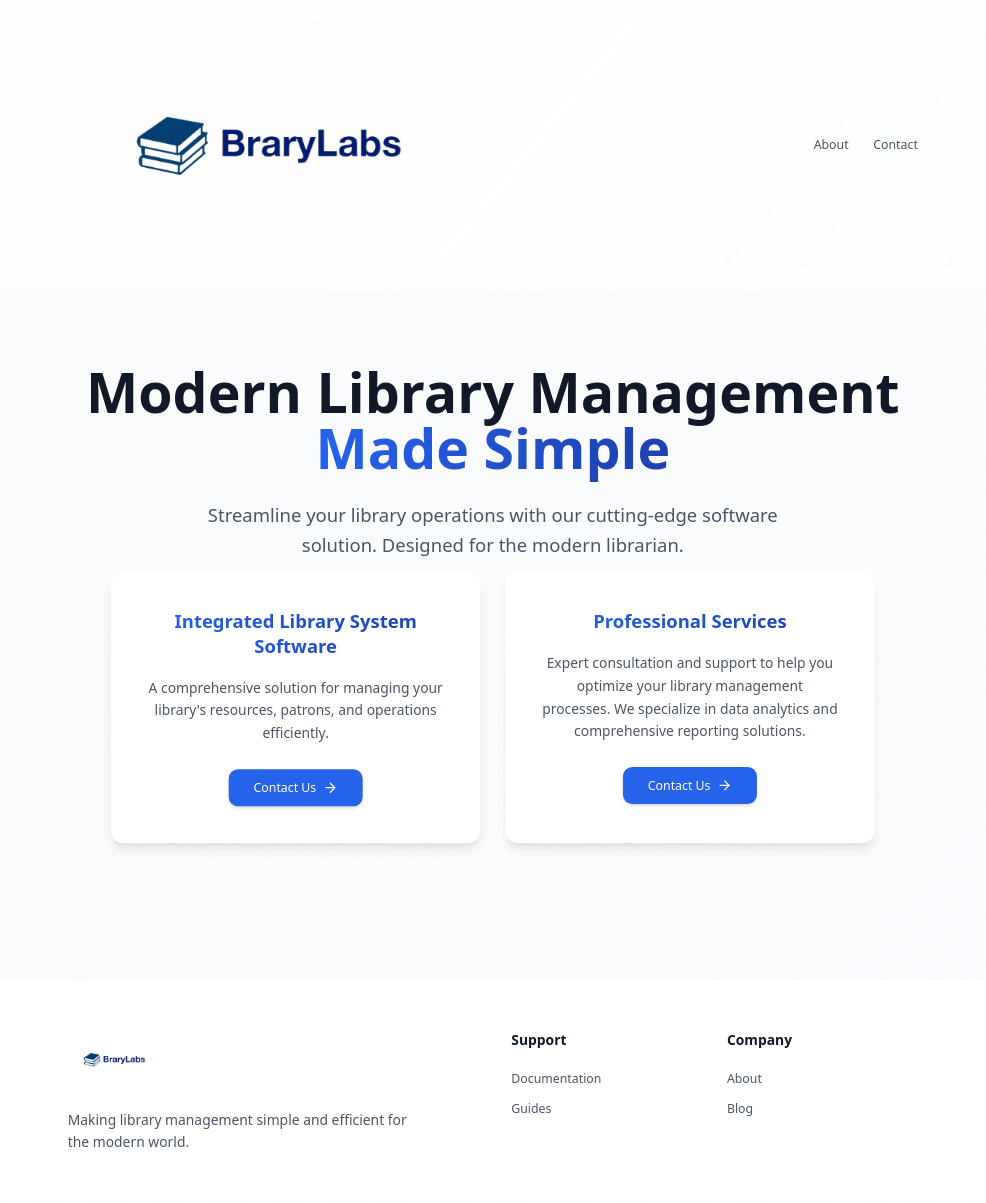
Repository: bgroble14/brarylabs-website
Page: /
The author's editor kept a copy of each file at every save. The page is drawn from the files as they stood at one save, then again after the next save.
The browser window is 1280 px wide. The pictures show the whole page, at 77% of full size.
The project was rebuilt for these pictures with package versions that can differ from the ones it lists, and the page was loaded fresh each time. Also part of the build but not shown: vite.config.ts.

Above is the page before, as saved 2025-01-16 17:23:09.

After the next save:
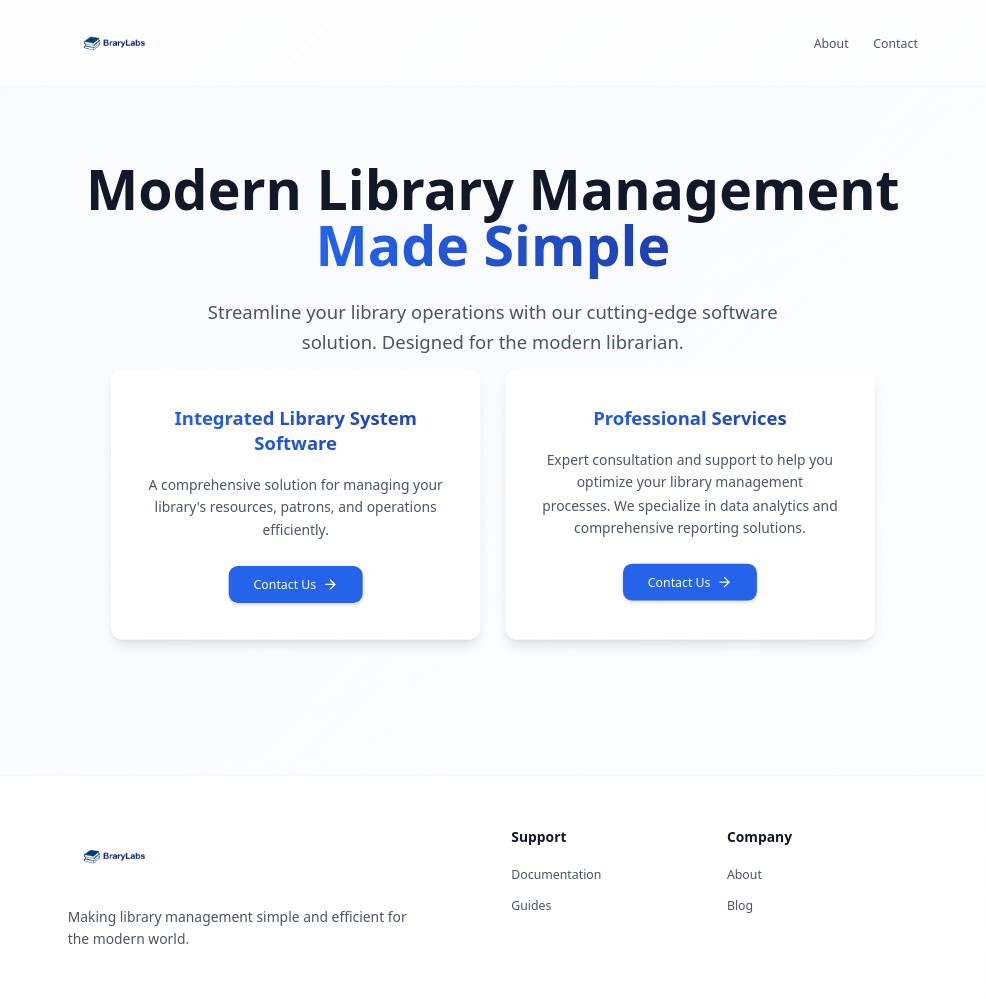
Saved 6 s later.
--- a/src/App.tsx
+++ b/src/App.tsx
@@ -37,7 +37,7 @@ function App() {
                 <img
                   src="/logo-transparent.png"
                   alt="BraryLabs Logo"
-                  className="h-30 w-auto transform group-hover:scale-110 transition-transform duration-300 mix-blend-multiply"
+                  className="h-20 w-auto transform group-hover:scale-110 transition-transform duration-300 mix-blend-multiply"
                 />
               </div>
             </div>
